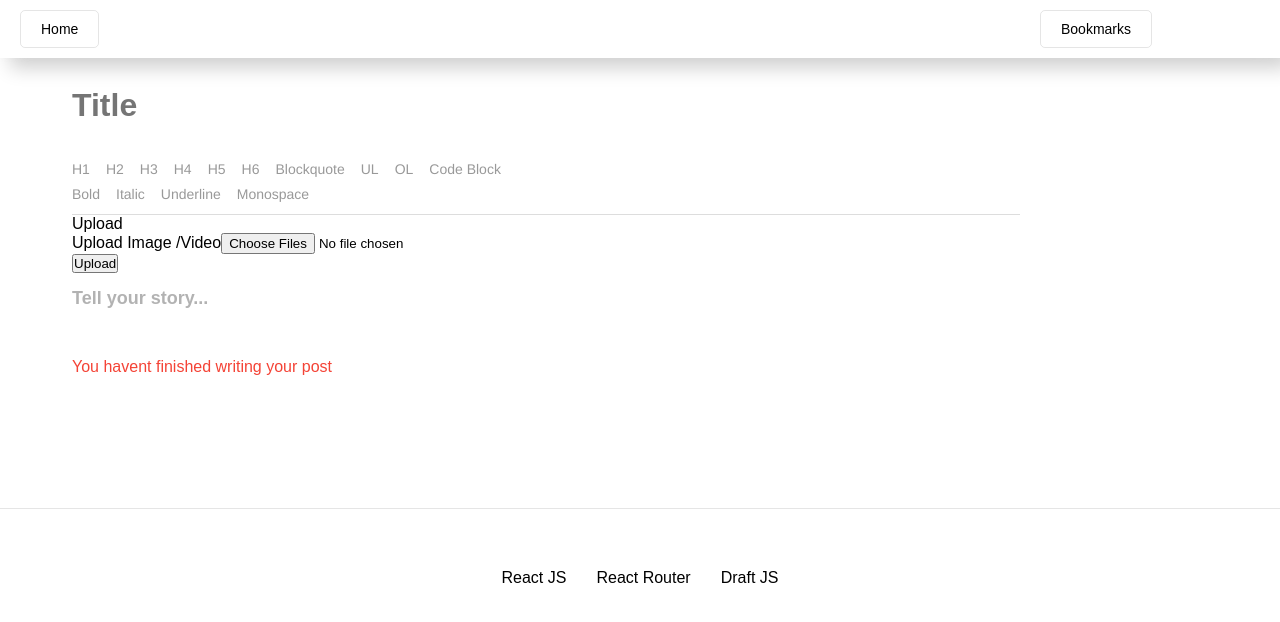
Repository: DevLaukey/task
Page: /react-mini-blog/new
These files come from the project's save history. The page is drawn as it stood at one moment and after the next save; the edit follows.
The browser window is 1280 px wide. The pictures show the whole page.
The project was rebuilt for these pictures with package versions that can differ from the ones it lists, and the page was loaded fresh each time. Also part of the build but not shown: src/data.js, src/helper.js, src/Components/content/content.css, src/Components/content/Bookmarks.js, src/Components/content/Post.js, src/Components/content/Posts.js, src/Components/content/Content.js, src/Components/content/Bookmark.js and 1 more.

Above is the page before, as saved 2022-06-14 00:15:38.

After the next save:
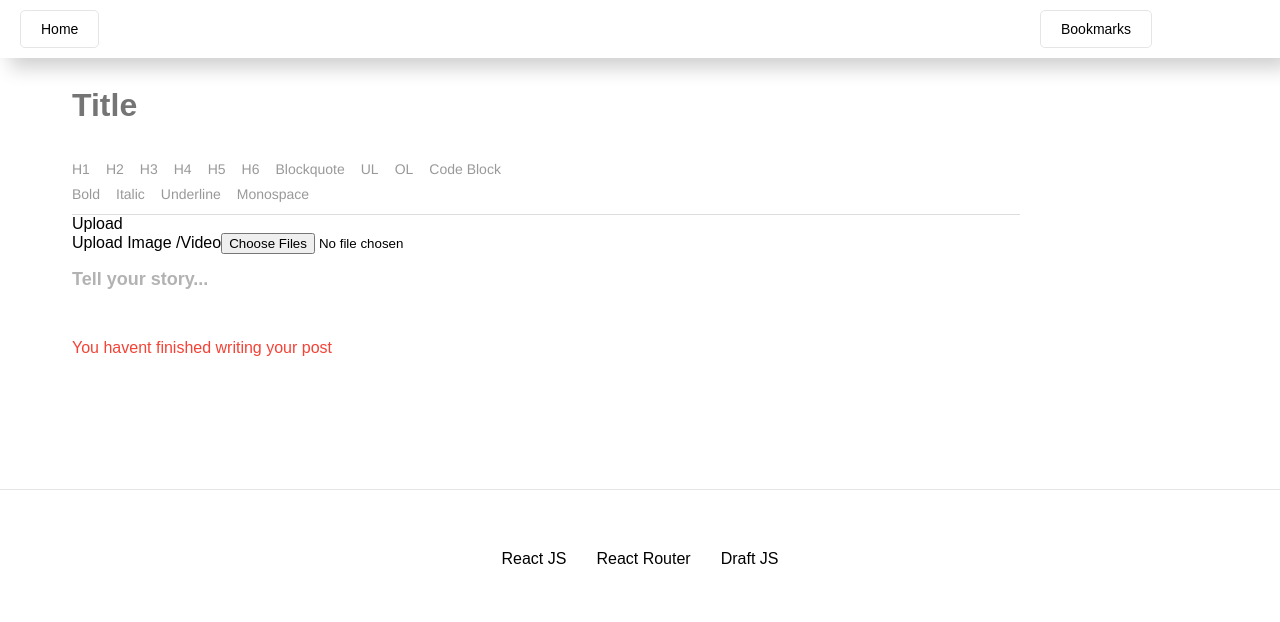
Saved 10 s later.
--- a/src/Components/posts/NewStory.js
+++ b/src/Components/posts/NewStory.js
@@ -191,9 +191,9 @@
               </div>
             </div>
             <div className="media">{preview}</div>
-            <button className="primary upload" onClick={this.upload}>
+            {/* <button className="primary upload" onClick={this.upload}>
               Upload
-            </button>
+            </button> */}
           </div>
           <Editor
             getBlockStyleFn={getBlockStyle}
